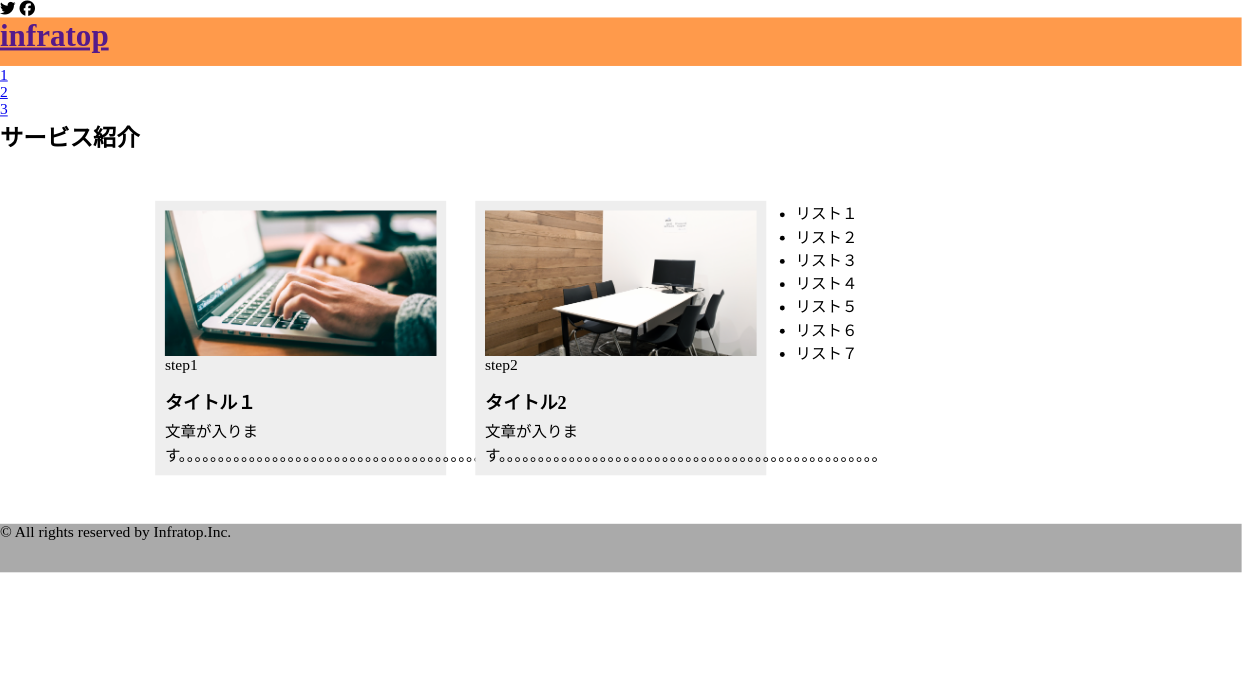
Repository: yymmyymm/review-sub1
Page: caravan2/index2.html
The author's editor kept a record of every edit. The page is drawn from the files as they stood at one moment, then again after the next edit.
The browser window is 1280 px wide. The pictures show the whole page, at 97% of full size.
Some web libraries are served in a nearby version.

Above is the page before.

After the next edit:
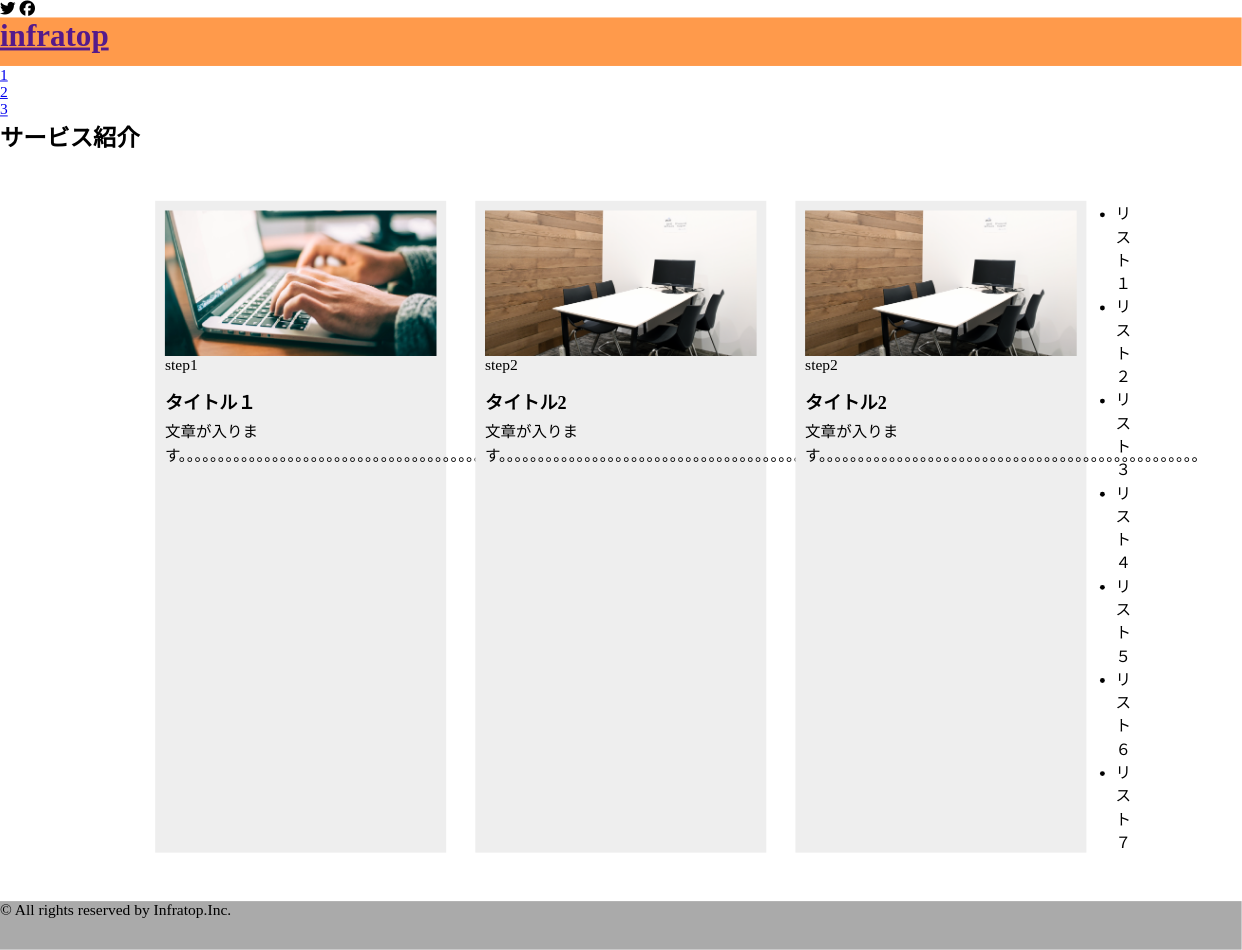
The edit:
--- a/caravan2/index2.html
+++ b/caravan2/index2.html
@@ -69,8 +69,14 @@
       </p>
     </div>
 
-
-
+     <div class="step-box">
+      <div class="step-img2"></div>
+      <span clss="step-num">step2</span>
+      <h3 class="title">タイトル2</h3>
+      <p class="text">
+        文章が入ります。。。。。。。。。。。。。。。。。。。。。。。。。。。。。。。。。。。。。。。。。。。。。。。。。
+      </p>
+    </div>
 
   <ul class="item-list">
     <li class="item">リスト１</li>
